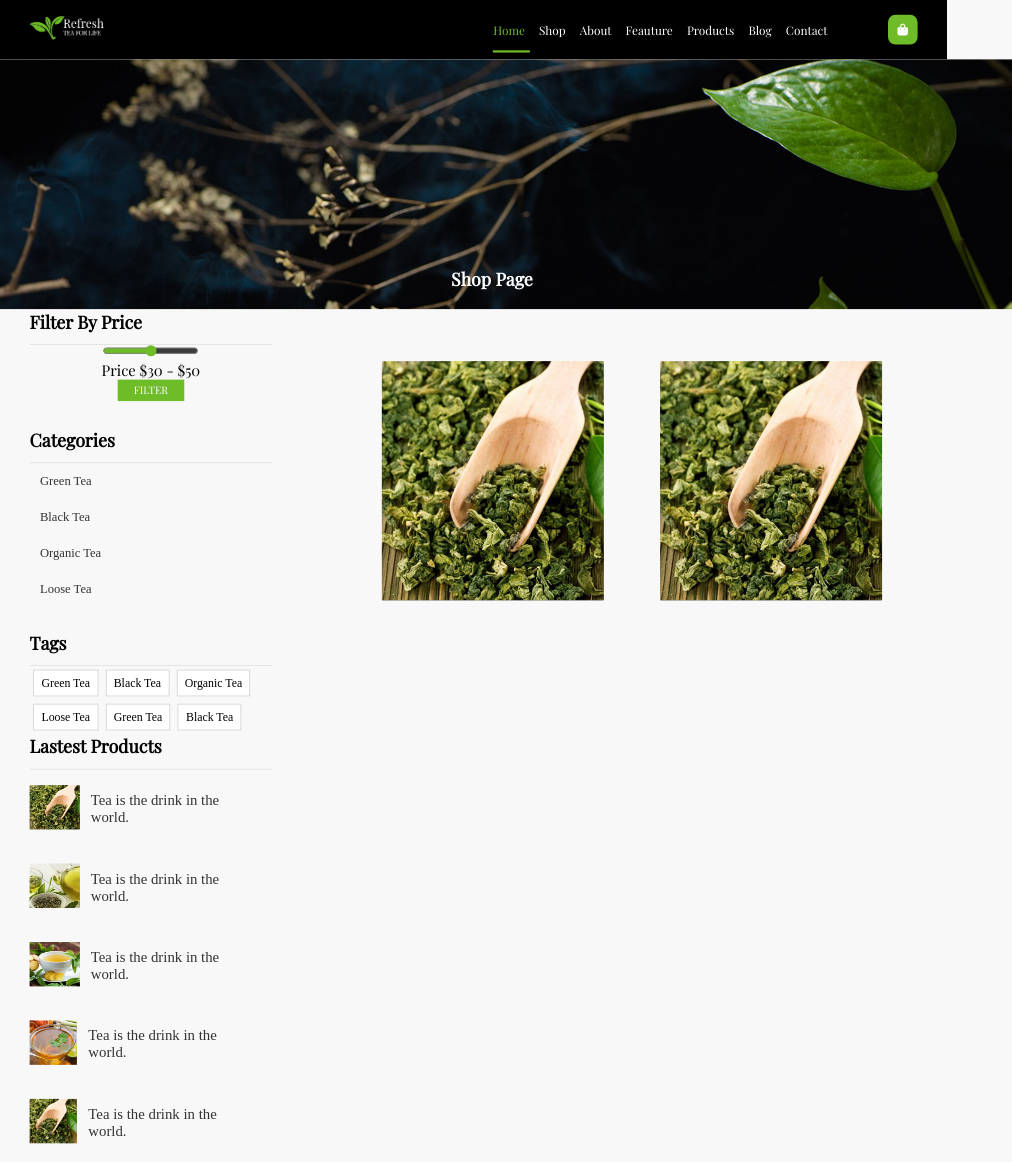
Repository: 52hzwhaleblue/school_teashop
Page: shop.html
An editor plug-in stored every save of this project. The page is shown before and after the next save, followed by the edit.
The browser window is 1280 px wide. The page is 1368 px wide, so the pictures cover 1368 px, including what lies to the right of the window. The pictures show the whole page, at 74% of full size.
Some web libraries are served in a nearby version.

Above is the page before, as saved 2022-05-04 22:52:33.

### shop.html
<!DOCTYPE html>
<html lang="en">

<head>
    <meta charset="UTF-8">
    <meta http-equiv="X-UA-Compatible" content="IE=edge">
    <meta name="viewport" content="width=device-width, initial-scale=1.0">

    <!-- Style CSS -->
    <link rel="stylesheet" href="./style.css" stylesheet="text/style.css" />

    <!-- googel fonts -->
    <link rel="preconnect" href="https://fonts.googleapis.com" />
    <link rel="preconnect" href="https://fonts.gstatic.com" crossorigin />
    <link href="https://fonts.googleapis.com/css2?family=Playfair+Display&display=swap" rel="stylesheet" />

    <!-- cdn -->
    <link rel="stylesheet" href="https://cdnjs.cloudflare.com/ajax/libs/font-awesome/6.1.1/css/all.min.css" integrity="sha512-KfkfwYDsLkIlwQp6LFnl8zNdLGxu9YAA1QvwINks4PhcElQSvqcyVLLD9aMhXd13uQjoXtEKNosOWaZqXgel0g==" crossorigin="anonymous" referrerpolicy="no-referrer"
    />

    <!-- App.js -->
    <script src="./app.js">
    </script>

    <title>Shop</title>
</head>

<body>
    <!-- header -->
    <div class="header-wrapper">
        <div class="center">
            <div class="row">
                <div class="logo">
                    <img src="./images/logo.png" alt="" />
                </div>

                <div class="menu">
                    <ul>
                        <li class="active"><a href="#">Home</a></li>
                        <li><a href="#">Shop</a></li>
                        <li><a href="#">About</a></li>
                        <li><a href="#">Feauture</a></li>
                        <li><a href="#">Products</a></li>
                        <li><a href="#">Blog</a></li>
                        <li><a href="#">Contact</a></li>
                    </ul>
                </div>

                <div class="cart">
                    <i class="fa-solid fa-bag-shopping"></i>
                </div>
            </div>
        </div>
    </div>

    <!-- silder -->
    <div class="slider-wrapper">
        <div class="slider-img">
            <img src="./images/shop-slide.jpg" alt="" />

            <div class="center">
                <div class="shop-slide-content">
                    <h2 class="heading">Shop Page</h2>
                </div>
            </div>
        </div>
    </div>


    <div class="shop-page-wrapper">
        <div class="center">
            <div class="box-shop-page">
                <!-- filter by price -->
                <div class="price-filter-wrapper">
                    <div class="box-price-filter">
                        <h4>filter by price</h4>
                        <div class="price-range-bar">
                            <form class="multi-range-field my-5 pb-5">
                                <input id="multi3" class="multi-range" type="range" />
                            </form>

                            <div class="price-range">
                                <span>Price</span>
                                <span> $30 </span> -
                                <span> $50 </span>
                            </div>

                            <div class="filter-btn">
                                <p>filter</p>
                            </div>
                        </div>
                    </div>
                    <div class="catory-wrapper">
                        <div class="box-catory">
                            <h2>Categories</h2>
                        </div>
                        <div class="category">
                            <ul>
                               <li><a href="" class="btn1">Green Tea</a></li>
                               <li><a href="" class="btn1">Black Tea</a></li>
                               <li><a href="" class="btn1">Organic Tea</a></li>
                               <li><a href="" class="btn1">Loose Tea</a></li>
                            </ul>
                        </div>
                        <div class="box-catory">
                            <h2>Tags</h2>
                        </div>
                        <div class="category1">
                           <ul clas="list">
                               <li><a href="" class="btn">Green Tea</a></li>
                               <li><a href="" class="btn">Black Tea</a></li>
                               <li><a href="" class="btn">Organic Tea</a></li>
                               <li><a href="" class="btn">Loose Tea</a></li>
                               <li><a href="" class="btn">Green Tea</a></li>
                               <li><a href="" class="btn">Black Tea</a></li>
                           </ul>
                        </div>
                        <div class="box-catory">
                            <h2>Lastest Products</h2>
                        </div>
                        <div class="last-product">
                            <div class="row">
                                <div class="col-2">
                                    <img src="images/product-1.jpg">
                                </div>
                                <div class="col-2">
                                    <a href="" class="btn2">Tea is the drink in  the world. </a>
                                </div>
                            </div>
                      </div>
                      <div class="last-product">
                        <div class="row">
                            <div class="col-2">
                                <img src="images/product-2.jpg">
                            </div>
                            <div class="col-2">
                                <a href="" class="btn2">Tea is the drink in  the world.</a>
                            </div>
                        </div>
                       </div>
                       <div class="last-product">
                        <div class="row">
                            <div class="col-2">
                                <img src="images/product-3.jpg">
                            </div>
                            <div class="col-2">
                                <a href="" class="btn2">Tea is the drink in  the world.</a>
                            </div>
                        </div>
                       </div>
                         <div class="last-product">
                          <div class="row">
                          <div class="col-2">
                             <img src="images/product-4.jpg">
                            </div>
                            <div class="col-2">
                             <a href="" class="btn2">Tea is the drink in  the world.</a>
                            </div>
                        </div>
                       </div>

                    <div class="last-product">
                        <div class="row">
                            <div class="col-2">
                                <img src="images/product-5.jpg">
                            </div>
                            <div class="col-2">
                                <a href="" class="btn2">Tea is the drink in  the world.</a>
                            </div>
                        </div>
                       </div>
                   </div>
               </div>
                <!-- shop-product -->
                <div class="shop-product-wrapper">
                    <div class="shop">
                        <img src="images/product-1.jpg">
                    </div>
                    <div class="shop">
                        <img src="images/product-1.jpg">
                    </div>
                  </div>
            </div>
        </div>
    </div>

</body>

</html>

### style.css
* {
    padding: 0;
    margin: 0;
}

body {
    background-color: #f8f8f8;
}


/* header */

.header-wrapper {
    margin: 0 auto;
    background-color: #000000;
    position: sticky;
    top: 0;
    z-index: 1;
}

.center {
    width: 1200px;
    margin: 0 auto;
}

.header-wrapper .row {
    display: flex;
    justify-content: space-between;
    align-items: center;
    padding: 20px 0;
}


/* logo */

.logo {
    width: 50.0450045005%;
}

.logo img {
    width: 100px;
}


/* menu */

.menu {
    width: 42.304230423%;
}

.menu ul li.active a {
    color: #6fbc29;
}

.menu ul li {
    display: inline-block;
    padding-right: 15px;
    position: relative;
}

.menu ul li:after {
    content: " ";
    width: 50px;
    border-bottom: 3px #6fbc29 solid;
    /* background-color: #6fbc29; */
    left: 0;
    bottom: -20px;
    position: absolute;
}

.menu ul li:not(.active):after {
    content: " ";
    width: 50px;
    border-bottom: 3px #6fbc29 solid;
    left: 0;
    bottom: -30px;
    position: absolute;
    opacity: 0;
    transition: 0.5s;
}

.menu ul li:hover:after {
    bottom: -20px;
    opacity: 1;
}

.menu ul li:hover a {
    color: #6fbc29;
}

.menu ul li a {
    text-decoration: none;
    color: #fff;
    font-family: "Playfair Display", serif;
}


/* cart */

.cart {
    width: 40px;
    height: 40px;
    border-radius: 25%;
    background-color: #6fbc29;
    display: flex;
    justify-content: center;
    align-items: center;
}

.cart i {
    color: #fff;
}


/* silder */

.slider-wrapper {
    width: 1368px;
    margin: 0 auto;
    overflow: hidden;
}

.slider-img {
    display: flex;

}

.slider-img img {
    max-width: 1368px;
}
.slider-img input{
    display: none;
}


.slider-wrapper .home-slide-content {
    width: 446px;
    position: absolute;
    top: 20%;
    left: calc((100% - 1200px) / 2);
}

.slider-wrapper .shop-slide-content {
    width: 446px;
    position: absolute;
    top: 50%;
    left: calc(100% /2.1);
}

.home-slide-content .heading {
    text-transform: uppercase;
    font-family: "Playfair Display";
    font-size: 16px;
    color: #fff;
}

.shop-slide-content .heading {
    text-transform: capitalize;
    font-family: "Playfair Display";
    /* font-size: 50px; */
    color: #fff;
}

.home-slide-content .subHeading {
    text-transform: capitalize;
    font-family: "Playfair Display";
    font-size: 50px;
    padding: 26px 0 50px 0;
    color: #fff;
}

.home-slide-content .subHeading span {
    color: #6fbc29;
    text-transform: capitalize;
    font-size: 50px;
}

.home-slide-content .slider-btn {
    width: 130px;
    /* height: 35px; */
    background-color: #6fbc29;
    display: flex;
    justify-content: center;
    align-items: center;
}

.slider-btn a {
    font-family: "Playfair Display";
    font-size: 14px;
    text-transform: uppercase;
    color: #fff;
    text-decoration: none;
    padding: 10px 0;
}


/* new product */

.product-wrapper {
    width: 1368px;
    margin: 0 auto;
    padding: 57px 0;
}

.title-main {
    padding-bottom: 52px;
}

.title-main h1 {
    font-family: "Playfair Display";
    font-size: 35px;
    text-transform: capitalize;
    color: #212529;
    text-align: center;
}

.title-main .icon {
    text-align: center;
    padding: 23px 0 18px 0;
}

.heading-icon .icon img {
    width: 100px;
}

.title-main .subTitle {
    width: 540px;
    margin: 0 auto;
}

.title-main .subTitle p {
    font-family: "Playfair Display";
    font-size: 14px;
    color: #212529;
    text-align: center;
}


/* product items */

.product-items {
    display: flex;
    flex-wrap: wrap;
    justify-content: space-between;
}

.product-items .item {
    /* width: calc(100% / 4); */
}

.product-items .item .img {
    position: relative;
}

.modal {
    position: absolute;
    width: 100%;
    height: 100%;
    bottom: 0;
    opacity: 0;
    background-color: #6fbc29;
    transition: 0.7s;
}

.modal-content h4 {
    font-family: "Playfair Display", serif;
    color: #fff;
    text-align: center;
    text-transform: capitalize;
}

.modal-content {
    padding: 48px;
}

.modal-content p {
    font-size: 14px;
    font-family: "Playfair Display", serif;
    color: #fff;
    text-align: center;
    padding: 20px 0;
}

.readmore-btn {
    width: 130px;
    background-color: #fff;
    border: 1px #fff solid;
    padding: 5px 0;
    margin: 0 auto;
    text-align: center;
}

.readmore-btn a {
    text-decoration: none;
    color: #6fbc29;
    font-size: 14px;
    font-family: "Playfair Display", serif;
    text-transform: uppercase;
}

.readmore-btn:hover {
    background-color: transparent;
}

.readmore-btn:hover a {
    text-decoration: none;
    color: #fff;
    font-size: 14px;
    font-family: "Playfair Display", serif;
    text-transform: uppercase;
}

.product-items .img:hover .modal {
    top: 0;
    opacity: 0.8;
}

.product-btn {
    display: flex;
    justify-content: center;
}

.btn-left,
.btn-right {
    border-radius: 50%;
    width: 30px;
    height: 30px;
    background-color: #6fbc29;
    margin: 0 10px;
    display: flex;
    align-items: center;
    justify-content: center;
    color: #fff;
    margin-top: 35px;
}

.btn-left:hover,
.btn-right:hover {
    border-radius: 50%;
    width: 30px;
    height: 30px;
    background-color: #fff;
    margin: 0 10px;
    display: flex;
    align-items: center;
    justify-content: center;
    color: #6fbc29;
    margin-top: 35px;
}


/* information */

.information {
    width: 1368px;
    margin: 0 auto;
    background-color: #f8f8f8;
    display: flex;
    justify-content: space-between;
}

.info-img img {
    max-width: 730px;
}

.info-content {
    width: 37.6461988304%;
    padding: 85px 0 125px 30px;
}

.info-content h2 {
    font-size: 35px;
    font-family: "Playfair Display", serif;
}

.info-content p {
    font-size: 14px;
    font-family: "Playfair Display", serif;
    margin: 10px 0;
}

.information .readmore-info-btn {
    width: 130px;
    background-color: #6fbc29;
    padding: 5px 0;
    text-align: center;
}

.information .readmore-info-btn a {
    text-decoration: none;
    color: #fff;
    font-size: 14px;
    font-family: "Playfair Display", serif;
    text-transform: uppercase;
}

.information .readmore-info-btn:hover {
    background-color: #fff;
}

.information .readmore-info-btn:hover a {
    text-decoration: none;
    color: #6fbc29;
    font-size: 14px;
    font-family: "Playfair Display", serif;
    text-transform: uppercase;
}

.criteria-wrapper {
    width: 100%;
    height: 368px;
}

.criteria-items {
    max-width: 1368px;
    display: flex;
    justify-content: center;
}

.criteria-items .item {
    padding: 0 10px;
    box-sizing: border-box;
}


/* featured product */

.featured-product-wrapper {}

.featured-product-items {
    display: flex;
    justify-content: space-between;
    flex-wrap: wrap;
    margin-bottom: 50px;
}

.featured-product-items .item {
    width: calc(100% / 3);
}

.featured-product-items .item .img {
    position: relative;
}

.featured-product-items .img .modal {
    border-radius: 50%;
}

.featured-product-items .img:hover .modal {
    top: 0;
    opacity: 0.8;
    width: 92.5%;
}

.featured-product-items .item .title {
    text-align: center;
    font-family: "Playfair Display";
    font-weight: 600;
    font-size: 20px;
}

.featured-product-items .item .description {
    text-align: center;
    font-family: "Playfair Display";
    font-size: 14px;
}

.featured-product-items .item img {
    border-radius: 50%;
}


/* Information Wrapper */

.info-wrapper {
    position: relative;
}

.info-wrapper img {
    height: 435px;
    width: 100%;
}

.info-heading {
    top: 0;
    width: 490px;
    margin: 55px 0;
    position: absolute;
}

.info-heading .title {
    font-family: "Playfair Display";
    font-size: 35px;
    font-weight: 600;
}

.info-heading .subTitle {
    font-family: "Playfair Display";
    font-size: 14px;
    margin: 25px 0 50px 0;
}

.readmore-info-btn {
    width: 130px;
    background-color: #6fbc29;
    border: 1px #fff solid;
    padding: 5px 0;
    /* margin: 0 auto; */
    text-align: center;
}

.readmore-info-btn a {
    text-decoration: none;
    color: #fff;
    font-size: 14px;
    font-family: "Playfair Display", serif;
    text-transform: uppercase;
}

.readmore-info-btn:hover {
    background-color: #fff;
}

.readmore-info-btn:hover a {
    text-decoration: none;
    color: #6fbc29;
    font-size: 14px;
    font-family: "Playfair Display", serif;
    text-transform: uppercase;
}


/* video */

.video-wrapper {
    position: relative;
    display: flex;
    justify-content: center;
}

.bg-overlay {
    position: relative;
    z-index: 1;
}

.bg-overlay:after {
    background: #000 none repeat scroll 0 0;
    content: "";
    height: 100%;
    left: 0;
    opacity: 0.8;
    position: absolute;
    top: 0;
    width: 100%;
}

.video-wrapper .center {
    width: 1200px;
    margin: 0 auto;
    display: flex;
    justify-content: center;
}

.video-wrapper img {
    width: 100%;
}

.video-wrapper .title-main {
    top: 0;
    position: absolute;
    z-index: 2;
    margin-top: 55px;
}

.video-wrapper .title-main .title {
    color: #fff;
}

.video-wrapper .title-main .icon img {
    width: 200px;
}

.video-wrapper .title-main .subTitle p {
    color: #fff;
}

.box-video {
    /* width: 890px;
    height: 442px; */
    bottom: 25%;
    z-index: 1;
    position: absolute;
}


/* Shop Page */

.box-shop-page {
    display: flex;
    justify-content: space-between;
}

.price-filter-wrapper {
    width: 28.3333333333%;
}

.box-price-filter h4 {
    font-family: "Playfair Display", serif;
    font-size: 24px;
    text-transform: capitalize;
    border-bottom: 1px #dedede solid;
    padding-bottom: 15px;
}



/* Price Range Input */

#multi3 {
    accent-color: #6FBC29;
}

.price-range-bar {
    text-align: center;
}

.price-range {
    font-family: "Playfair Display", serif;
    font-size: 20px;
}

.filter-btn {
    width: 90px;
    height: 35px;
    margin: 0 auto;
}

.filter-btn:hover {
    width: 90px;
    height: 35px;
    margin: 0 auto;
}

.filter-btn p {
    font-family: "Playfair Display", serif;
    font-size: 14px;
    color: #fff;
    text-transform: uppercase;
    background-color: #6fbc29;
    padding: 5px 20px;
}

.filter-btn p:hover {
    font-family: "Playfair Display", serif;
    font-size: 14px;
    color: #6fbc29;
    text-transform: uppercase;
    background-color: #fff;
    padding: 5px 20px;
    border: 1px #6fbc29 solid;
}
.box-catory h2{
    font-family: "Playfair Display", serif;
    font-size: 24px;
    text-transform: capitalize;
    border-bottom: 1px #dedede solid;
    padding-bottom: 15px;
    padding-top: 30px;
}
.category ul li a {
    text-decoration: none;
    color:#333333;
    font-size: 17px;
    transition: 0.3s;
    border-bottom: 1px solid transparent;
    padding: 5px 0;
    display: block;
    padding: 14px;

}
ul{
    list-style-type: none;
}
.btn1:hover{
   color: #6fbc29;
   border-bottom: 1px solid #6fbc29;
}
.btn{
    display: inline-block;
    background: #fff;
    color: #000000;
    padding: 8px 10px;
    margin: 5px 5px;
    border: 1px solid #cccccc;
}

.btn:hover {
    background: #6fbc29;
    color: #fff;
}
.category1 ul li a{
    text-decoration: none;
    float: left;
}
.row {
    display: flex;
    align-items: center;
}

.col-2 img {
    width: 130%;
    height: 60px;
    padding: 10px 0;
    margin: 30px 20;
}
.btn2{
    color:#333333;
    padding: 30px;
    text-decoration: none;
    font-size: 20px;
    display: inline-block;
}
.btn2:hover{
    color:#6fbc29;
}
.shop-product-wrapper{
    display: flex;
    align-items: top;
    flex-wrap: wrap;
    justify-content: space-around;
    padding: 50px;
    margin: 10px;
}
.shop {
    flex-basis: 25%;
    padding: 10px;
    min-width: 200px;
    margin-bottom: 50px;
}
.shop img{
    width: 150%;
    height: auto;
    display: block;
    margin: auto;
}
/* ----Product---- */

### app.js
/* $('#multi3').mdbRange({
    width: '100%',
    single: {
        active: true,
        multi: {
            active: true,
            rangeLength: 2
        },
    }
}); */

After the next save:
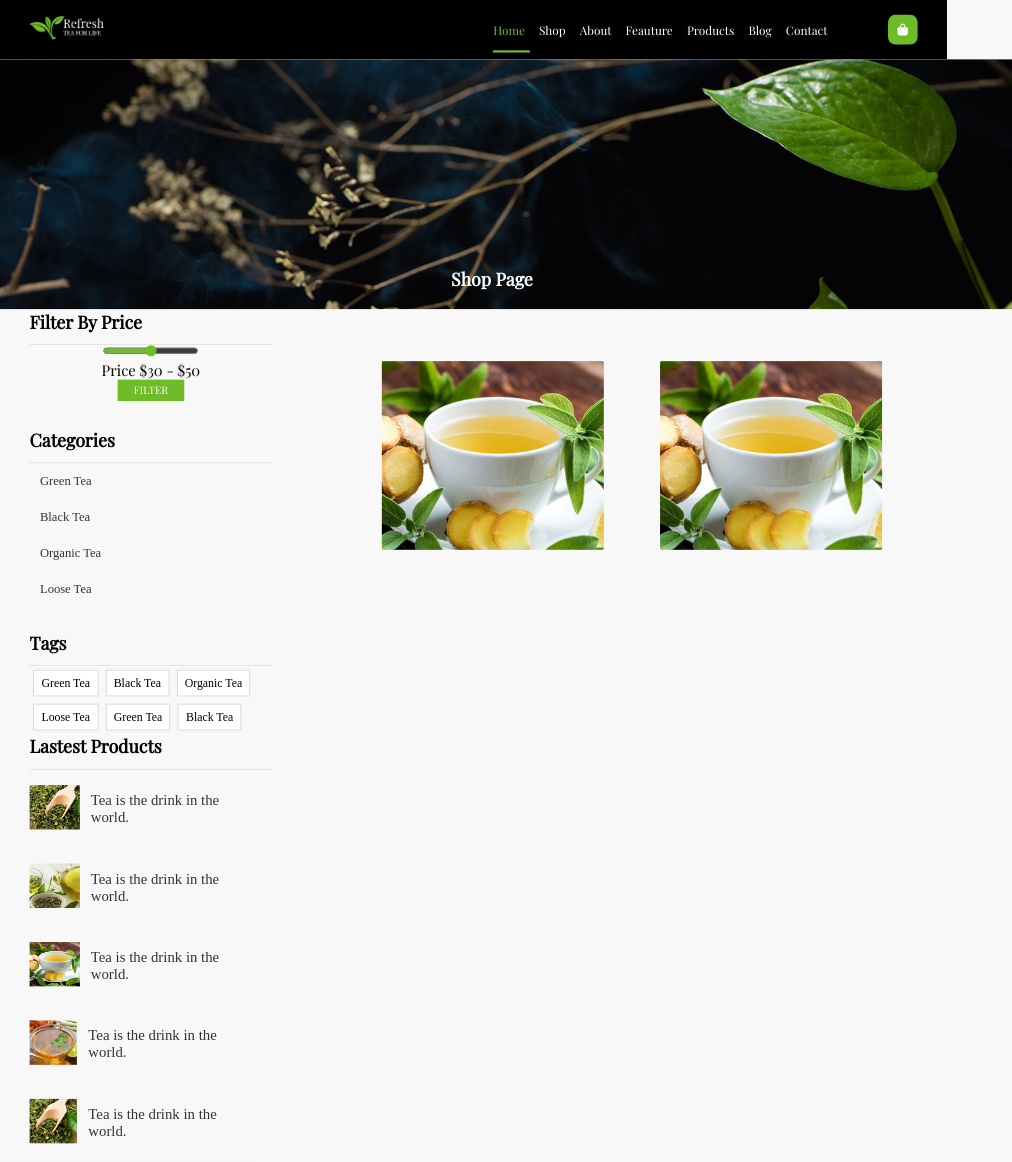
Saved 48 s later.
--- a/shop.html
+++ b/shop.html
@@ -174,10 +174,10 @@
                 <!-- shop-product -->
                 <div class="shop-product-wrapper">
                     <div class="shop">
-                        <img src="images/product-1.jpg">
+                        <img src="images/product-8.jpg">
                     </div>
                     <div class="shop">
-                        <img src="images/product-1.jpg">
+                        <img src="images/product-8.jpg">
                     </div>
                   </div>
             </div>
